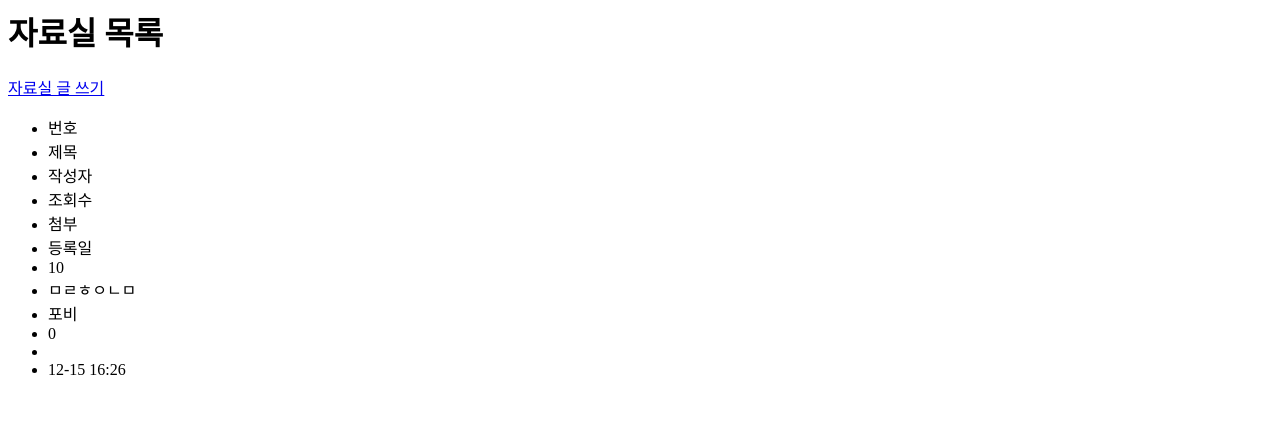
Repository: smg1024/StudySpring
Page: http://localhost/webSpringTest/WEB-INF/views/data/dataList.jsp
The author's editor kept a copy of each file at every save. The page is drawn from the files as they stood at one save, then again after the next save.
The browser window is 1280 px wide. The pictures show the whole page.
The page is served by Tomcat 9. Nobody is signed in. The template is opened directly, without the code that normally fills it, so the values that code supplies are empty.

Above is the page before, as saved 2022-12-15 07:28:01.

After the next save:
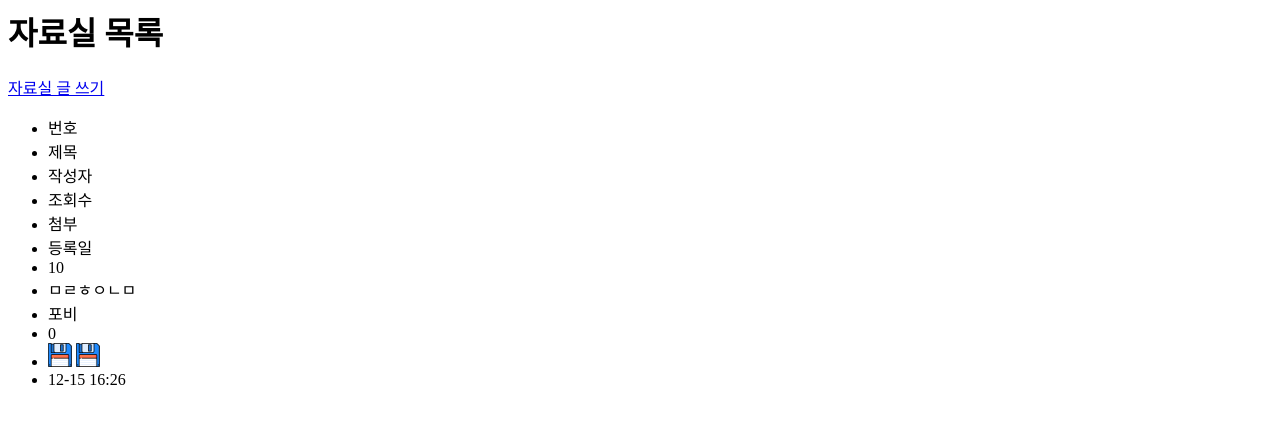
Saved 20 s later.
--- a/webSpringTest/src/main/webapp/WEB-INF/views/data/dataList.jsp
+++ b/webSpringTest/src/main/webapp/WEB-INF/views/data/dataList.jsp
@@ -21,8 +21,8 @@
 		<li>포비</li>
 		<li>0</li>
 		<li>
-			<a href="" download><img src=""></a>
-			<a href="" download><img src=""></a>
+			<a href="" download><img src="/myapp/img/disk.png"></a>
+			<a href="" download><img src="/myapp/img/disk.png"></a>
 		</li>
 		<li>12-15 16:26</li>
 	</ul>
